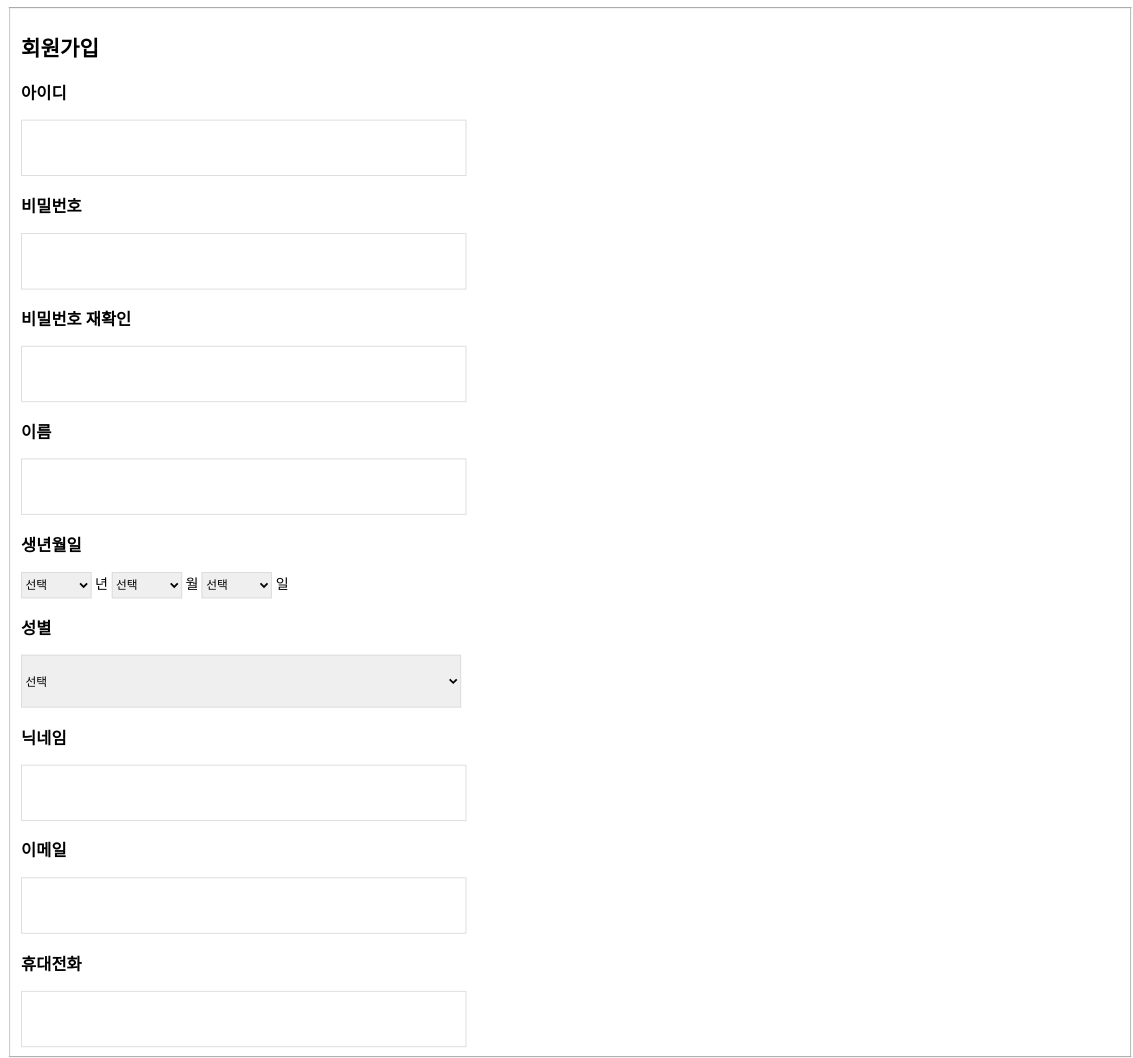
Repository: agheha/trillion
Page: YH/login/login.html
These files come from the project's save history. The page is drawn as it stood at one moment and after the next save; the edit follows.
The browser window is 1280 px wide. The page is 1288 px wide, so the pictures cover 1288 px, including what lies to the right of the window. The pictures show the whole page, at 88% of full size.

Above is the page before, as saved 2019-09-03 18:20:19.

After the next save:
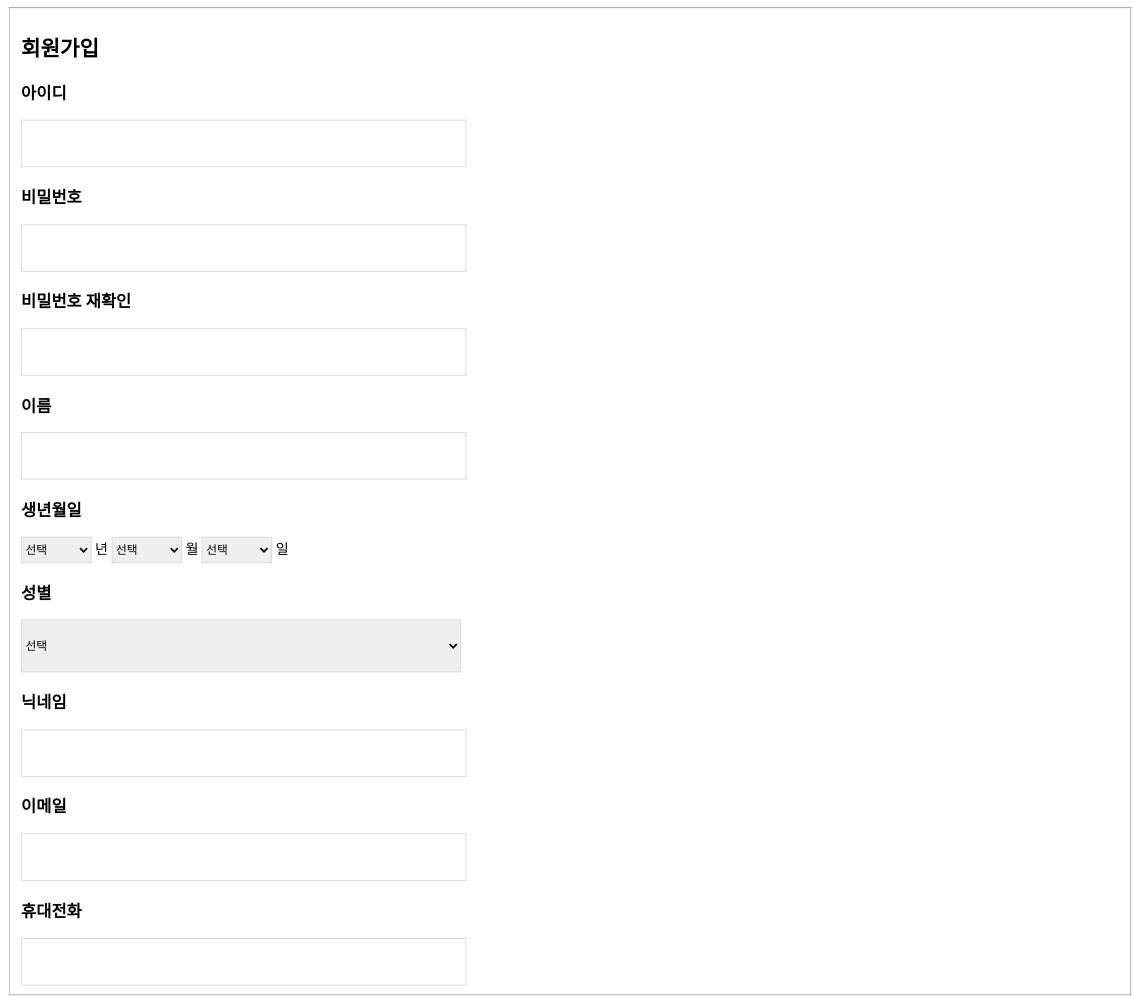
Saved 7 s later.
--- a/YH/login/login.css
+++ b/YH/login/login.css
@@ -5,7 +5,7 @@ body,html {
 }
 input{
     width: 500px;
-    height: 60px;
+    height: 50px;
     border: 1px solid #dadada;
 }
 
